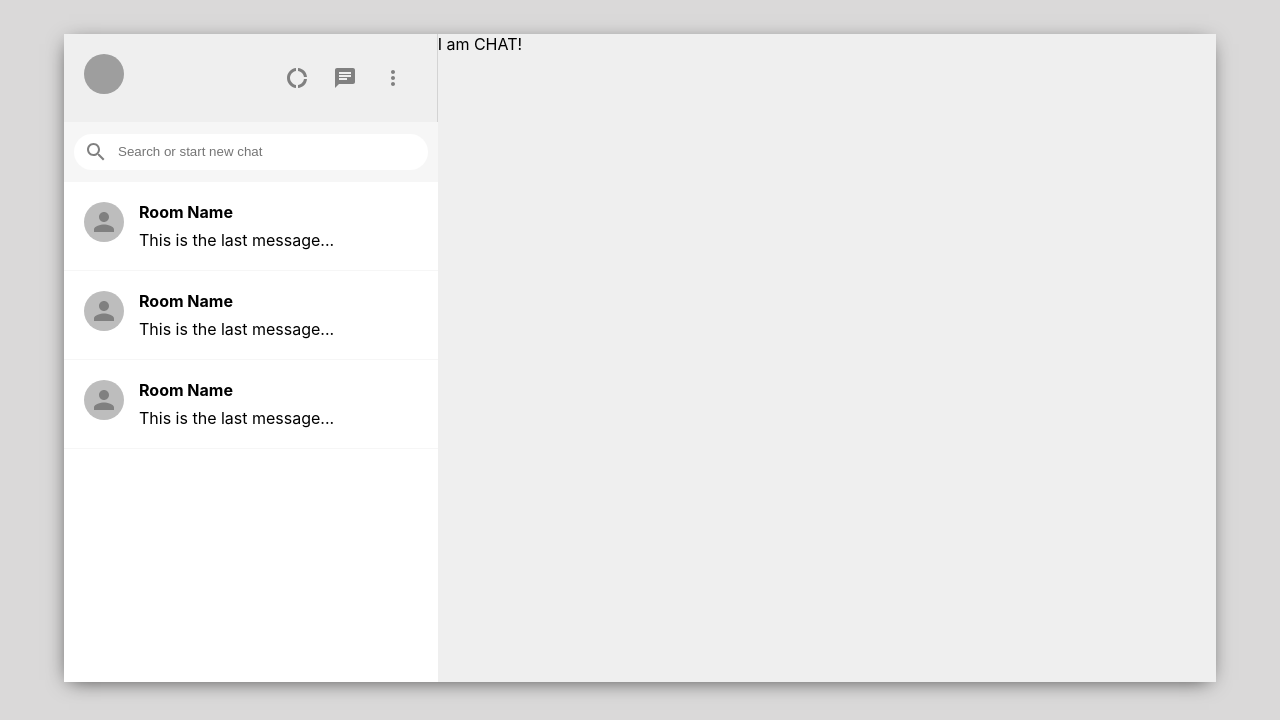
Repository: BogoGit/clone-whatsapp
Page: / (app in whatsapp-front/)
These files come from the project's save history. The page is drawn as it stood at one moment and after the next save; the edit follows.
The browser window is 1280 px wide. The pictures show the whole page.
Pictures or frames that could not be fetched are drawn as grey boxes. The project was rebuilt for these pictures with package versions that can differ from the ones it lists, and the page was loaded fresh each time.

Above is the page before, as saved 2020-11-18 20:56:20.

After the next save:
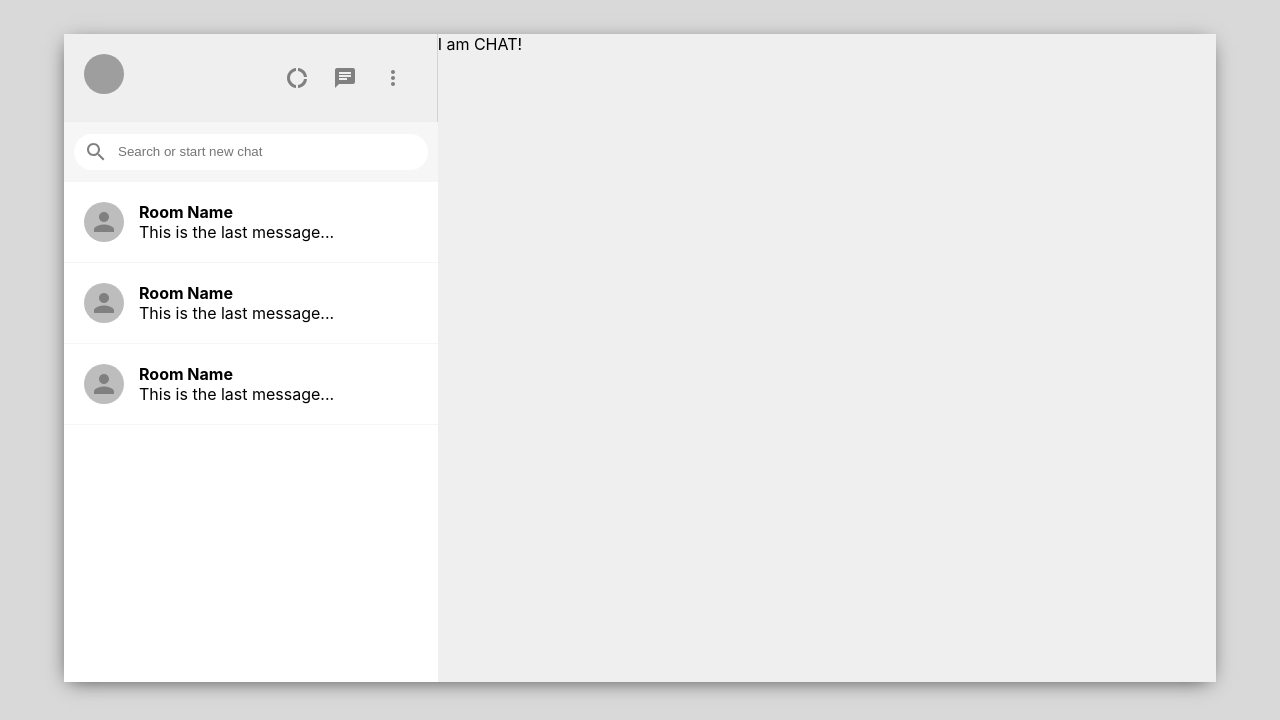
Saved 38 s later.
--- a/whatsapp-front/src/Components/SidebarChat.css
+++ b/whatsapp-front/src/Components/SidebarChat.css
@@ -15,5 +15,4 @@
 
 .sidebarChat__info > h2 {
 	font-size: 1.6rem;
-	margin-bottom: 0.8rem;
 }
